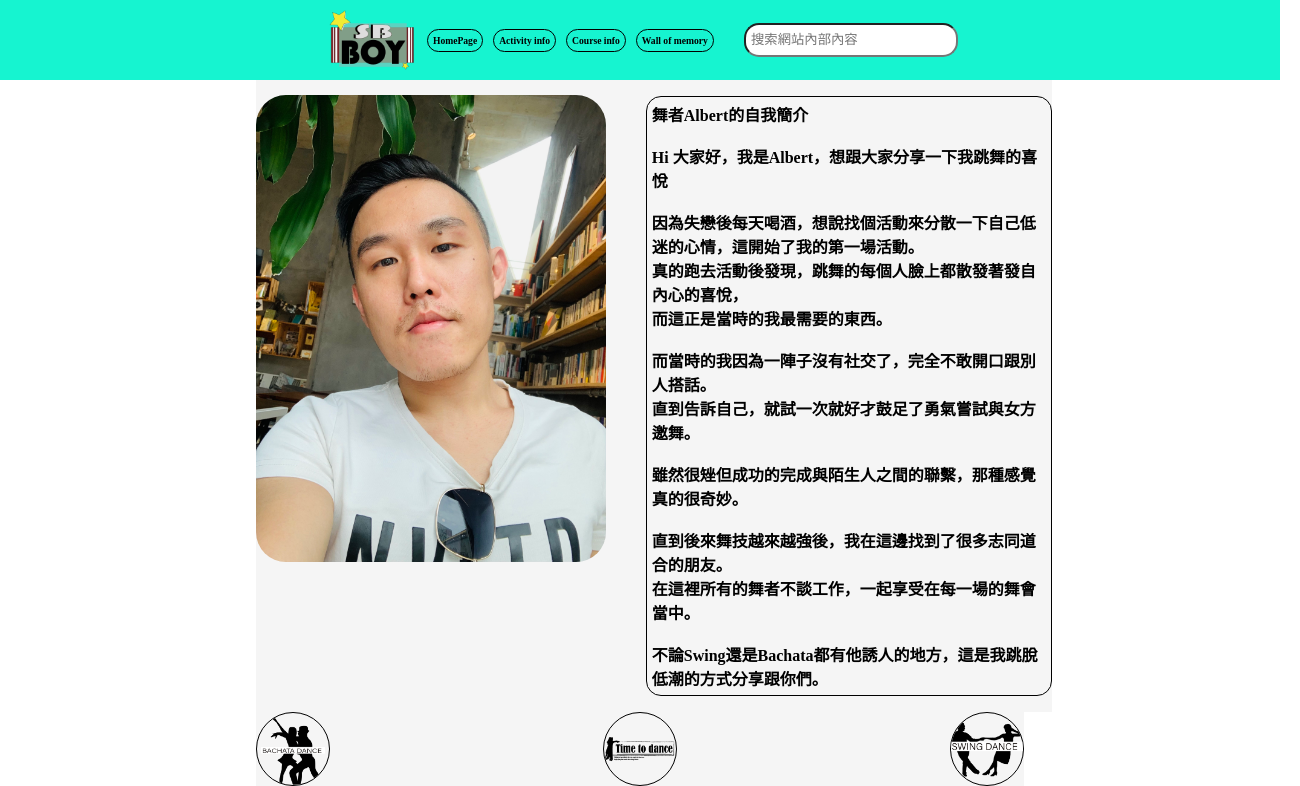
Repository: AlbertKoii/0718_Learning_Javascript
Page: aboutme/aboutme_try.html
The author's editor kept a copy of each file at every save. The page is drawn from the files as they stood at one save, then again after the next save.
The browser window is 1280 px wide. The page is 1280 px wide, then 1300 px, then 1280 px, so the pictures cover 1300 px, including what lies to the right of the window. The pictures show the whole page.

Above is the page before, as saved 2023-07-26 13:44:11.
Not found: aboutme/script.js

After the next save:
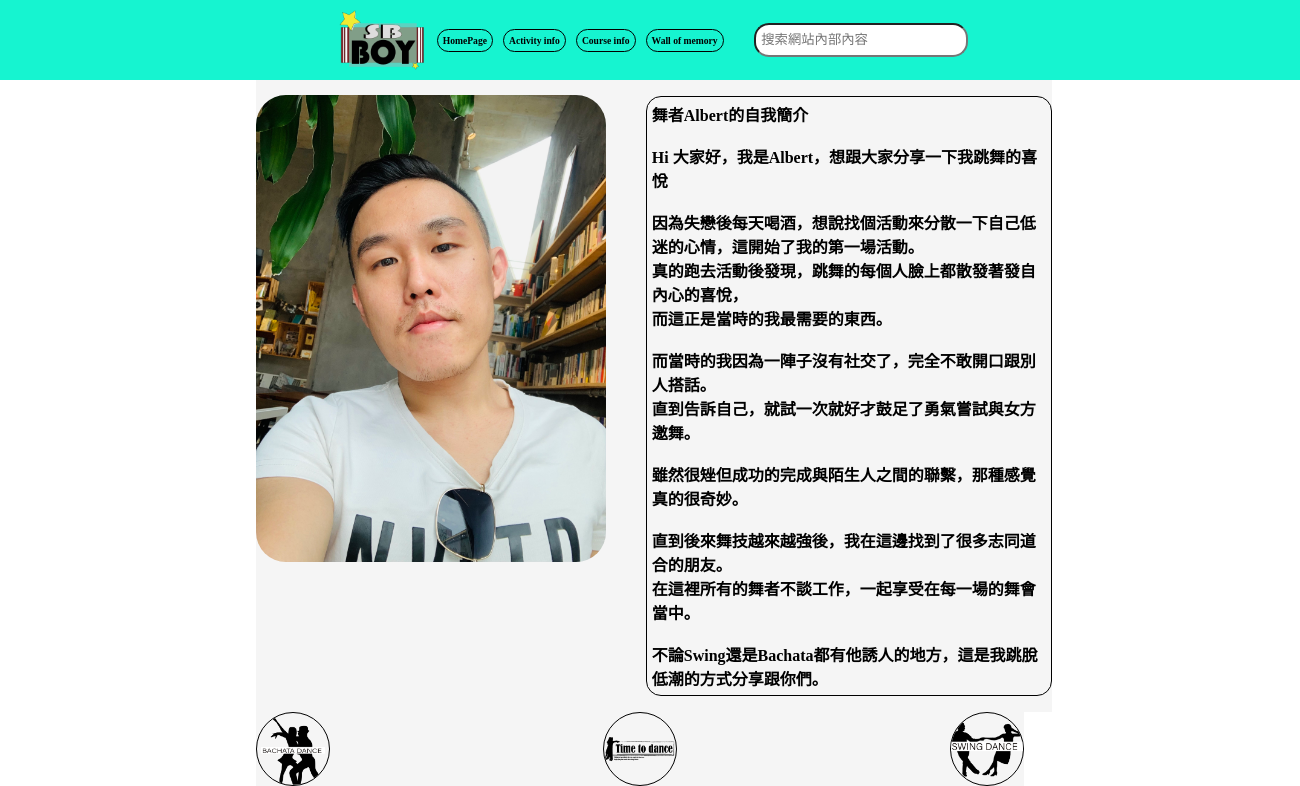
Saved 4 s later.
--- a/aboutme/aboutme.try.css
+++ b/aboutme/aboutme.try.css
@@ -17,7 +17,7 @@
     text-overflow: ellipsis;
     background-color: #16F4D0;
     min-width: 796px;
-    width: ;
+    width: 100%;
 }
 
 .search-bar input {

After the save that followed:
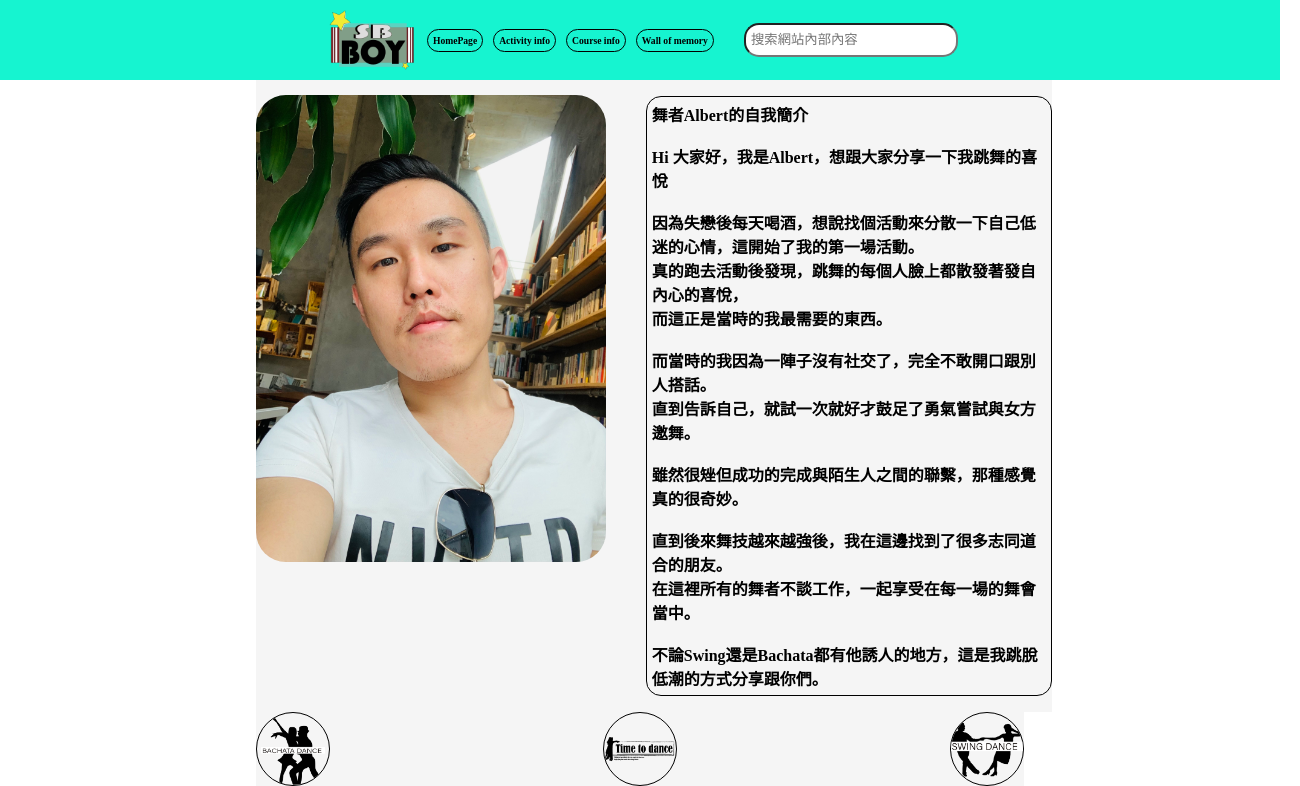
Saved 5 s later.
--- a/aboutme/aboutme.try.css
+++ b/aboutme/aboutme.try.css
@@ -17,7 +17,6 @@
     text-overflow: ellipsis;
     background-color: #16F4D0;
     min-width: 796px;
-    width: 100%;
 }
 
 .search-bar input {
